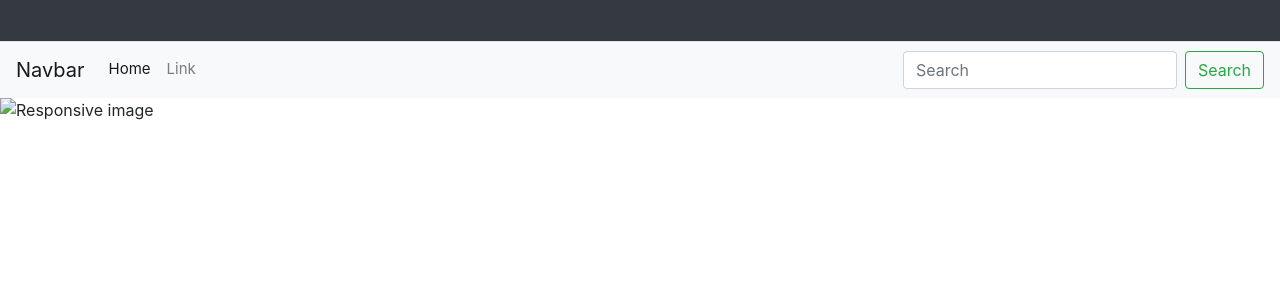
Repository: Alaa-OmarAlshobaki/portfolio
Page: index.html
The author's editor kept a copy of each file at every save. The page is drawn from the files as they stood at one save, then again after the next save.
The browser window is 1280 px wide. The pictures show the whole page.
Some web fonts or font styles are not loaded; a fallback is used.

Above is the page before, as saved 2020-03-11 22:53:08.

After the next save:
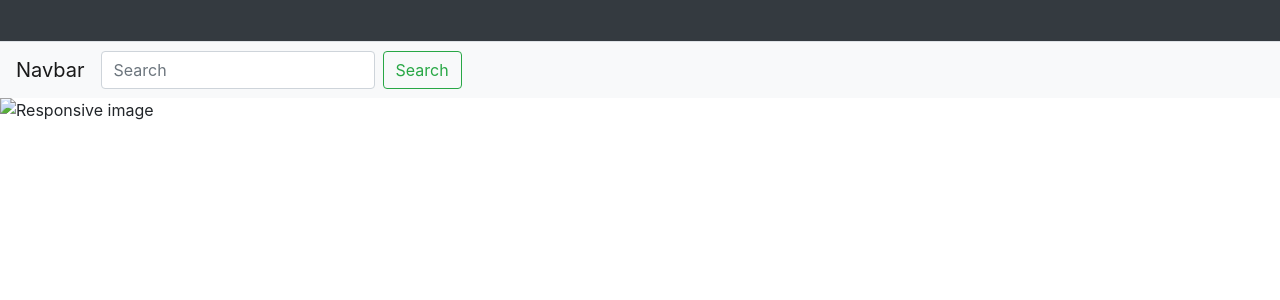
Saved 13 s later.
--- a/index.html
+++ b/index.html
@@ -58,15 +58,7 @@
       </button>
 
       <div class="collapse navbar-collapse" id="navbarTogglerDemo02">
-        <ul class="navbar-nav mr-auto mt-2 mt-lg-0">
-          <li class="nav-item active">
-            <a class="nav-link" href="#">Home <span class="sr-only">(current)</span></a>
-          </li>
-          <li class="nav-item">
-            <a class="nav-link" href="#">Link</a>
-          </li>
 
-        </ul>
         <form class="form-inline my-2 my-lg-0">
           <input class="form-control mr-sm-2" type="search" placeholder="Search">
           <button class="btn btn-outline-success my-2 my-sm-0" type="submit">Search</button>
